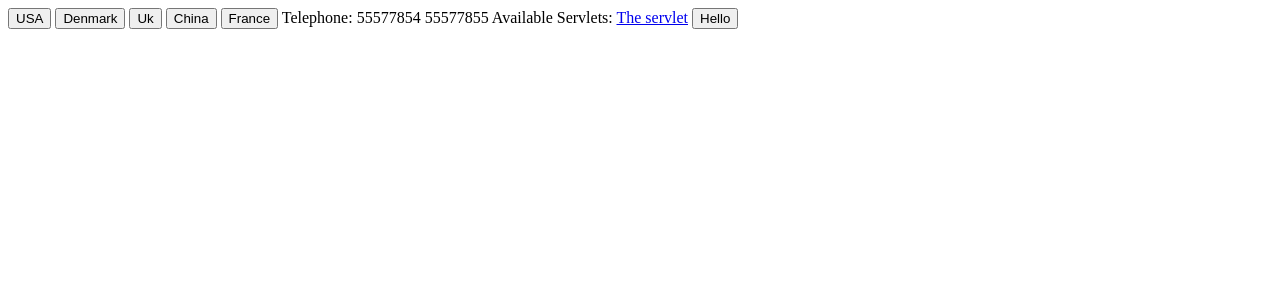
Repository: isauraAlmar/App-Engine-and-Internationalization-with-Java
Page: http://localhost/Marven/
The author's editor kept a copy of each file at every save. The page is drawn from the files as they stood at one save, then again after the next save.
The browser window is 1280 px wide. The pictures show the whole page.
Some web fonts or font styles are not loaded; a fallback is used. The page is served by Tomcat 9.

Above is the page before, as saved 2017-05-04 10:48:00.

After the next save:
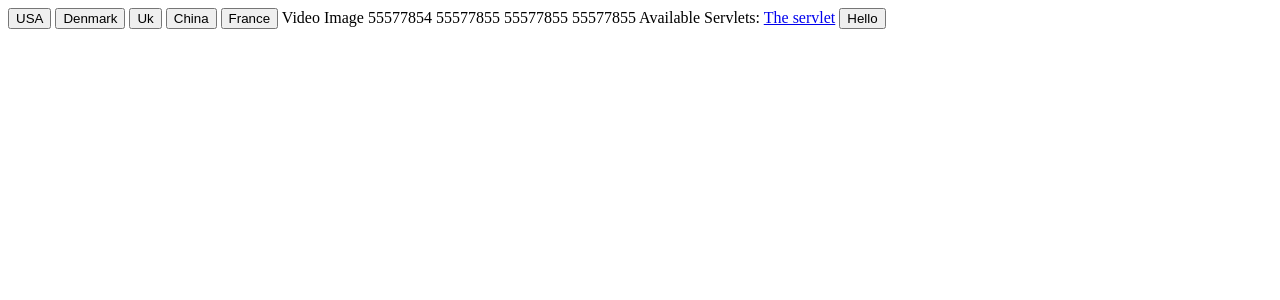
Saved 4 min 24 s later.
--- a/Marven/src/main/webapp/index.jsp
+++ b/Marven/src/main/webapp/index.jsp
@@ -35,12 +35,19 @@
 
 
   <tr>
-    <th rowspan="2">Telephone:</th>
+    <th rowspan="2">Video Image</th>
     <td>55577854</td>
   </tr>
   <tr>
     <td>55577855</td>
   </tr>
+  <tr>
+    <td>55577855</td>
+  </tr>
+  <tr>
+    <td>55577855</td>
+  </tr>
+
 </table>
 
     <tr>
